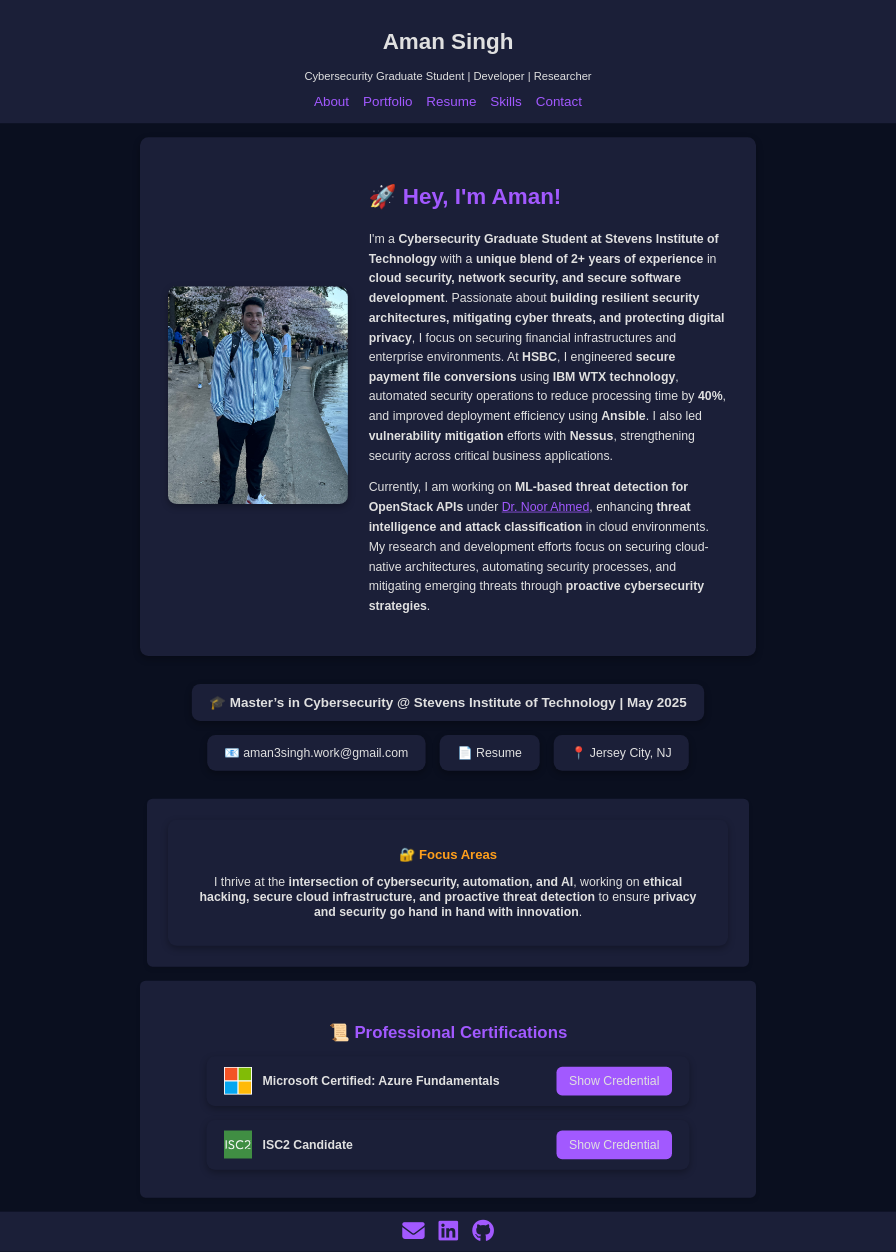
Repository: aman3singh/portfolio
Page: index.html
These files come from the project's save history. The page is drawn as it stood at one moment and after the next save; the edit follows.
The browser window is 1280 px wide. The pictures show the whole page, at 70% of full size.

Above is the page before, as saved 2025-02-11 23:24:39.

### index.html
<!DOCTYPE html>
<html lang="en">
<head>
    <meta charset="UTF-8">
    <meta name="viewport" content="width=device-width, initial-scale=1.0">
    <title>Aman Singh | Cybersecurity Portfolio</title>
    <link rel="stylesheet" href="styles.css">
    <link rel="stylesheet" href="https://cdnjs.cloudflare.com/ajax/libs/font-awesome/6.4.2/css/all.min.css">
</head>
<body>
    <header>
        <h1>Aman Singh</h1>
        <p>Cybersecurity Graduate Student | Developer | Researcher</p>
        <nav>
            <a href="#about">About</a>
            <a href="portfolio.html">Portfolio</a>
            <a href="resume.html">Resume</a>
            <a href="#skills">Skills</a>
            <a href="#contact">Contact</a>
        </nav>
    </header>

    <section id="about" style="display: flex; align-items: center; gap: 30px; padding: 40px;">
        <div style="flex: 1; text-align: center;">
            <img src="Aman.jpg" alt="Aman Singh" style="width: 100%; max-width: 400px; border-radius: 12px; box-shadow: 0px 4px 10px rgba(0, 0, 0, 0.3);">
        </div>
        <div style="flex: 2;">
            <h2 style="color: #A259FF;">🚀 Hey, I'm Aman!</h2>
            <p>
                I'm a <b>Cybersecurity Graduate Student at Stevens Institute of Technology</b> with a <b>unique blend of 2+ years of experience</b> in <b>cloud security, network security, and secure software development</b>. Passionate about <b>building resilient security architectures, mitigating cyber threats, and protecting digital privacy</b>, I focus on securing financial infrastructures and enterprise environments. At <b>HSBC</b>, I engineered <b>secure payment file conversions</b> using <b>IBM WTX technology</b>, automated security operations to reduce processing time by <b>40%</b>, and improved deployment efficiency using <b>Ansible</b>. I also led <b>vulnerability mitigation</b> efforts with <b>Nessus</b>, strengthening security across critical business applications.
            </p>
            <p>
                Currently, I am working on <b>ML-based threat detection for OpenStack APIs</b> under <a href="https://scholar.google.com/citations?user=zchOfB4AAAAJ&hl=en" target="_blank" style="color: #A259FF;">Dr. Noor Ahmed</a>, enhancing <b>threat intelligence and attack classification</b> in cloud environments. My research and development efforts focus on securing cloud-native architectures, automating security processes, and mitigating emerging threats through <b>proactive cybersecurity strategies</b>.
            </p>
        </div>
    </section>

    <div style="display: flex; flex-direction: column; align-items: center; text-align: center; gap: 20px; padding: 20px;">
        <div style="background-color: #1B1F38; padding: 15px 25px; border-radius: 12px; font-size: 1.2em; box-shadow: 0px 4px 10px rgba(0, 0, 0, 0.3);">
            🎓 <b>Master’s in Cybersecurity @ Stevens Institute of Technology | May 2025</b>
        </div>
        <div style="display: flex; gap: 20px;">
            <div style="background-color: #1B1F38; padding: 15px 25px; border-radius: 12px; font-size: 1.1em; box-shadow: 0px 4px 10px rgba(0, 0, 0, 0.3);">
                📧 <a href="mailto:aman3singh.work@gmail.com" style="color: #E0E0E0; text-decoration: none;">aman3singh.work@gmail.com</a>
            </div>
            <div style="background-color: #1B1F38; padding: 15px 25px; border-radius: 12px; font-size: 1.1em; box-shadow: 0px 4px 10px rgba(0, 0, 0, 0.3);">
                📄 <a href="resume.html" style="color: #E0E0E0; text-decoration: none;">Resume</a>
            </div>
            <div style="background-color: #1B1F38; padding: 15px 25px; border-radius: 12px; font-size: 1.1em; box-shadow: 0px 4px 10px rgba(0, 0, 0, 0.3);">
                📍 Jersey City, NJ
            </div>
        </div>
    </div>

    <section id="focus-areas" style="padding: 30px; display: flex; justify-content: center;">
        <div style="background-color: #1B1F38; padding: 20px 30px; border-radius: 12px; max-width: 800px; text-align: center; box-shadow: 0px 4px 10px rgba(0, 0, 0, 0.3);">
            <h3 style="color: #FF9F1C;">🔐 Focus Areas</h3>
            <p style="color: #E0E0E0; font-size: 1.1em;">
                I thrive at the <b>intersection of cybersecurity, automation, and AI</b>, working on <b>ethical hacking, secure cloud infrastructure, and proactive threat detection</b> to ensure <b>privacy and security go hand in hand with innovation</b>.
            </p>
        </div>
    </section>

    <section id="certifications" style="padding: 40px; text-align: center;">
        <h2 style="color: #A259FF;">📜 Professional Certifications</h2>
        <div style="display: flex; flex-direction: column; align-items: center; gap: 20px;">
            <div style="background-color: #1B1F38; padding: 15px 25px; border-radius: 12px; font-size: 1.1em; width: 80%; display: flex; align-items: center; justify-content: space-between; box-shadow: 0px 4px 10px rgba(0, 0, 0, 0.3);">
                <div style="display: flex; align-items: center; gap: 15px;">
                    <img src="microsoft_logo.svg" alt="Microsoft Logo" style="height: 40px;">
                    <b>Microsoft Certified: Azure Fundamentals</b>
                </div>
                <a href="https://learn.microsoft.com/en-us/users/amansingh-1923/credentials/2ef5697650f7d138?ref=https%3A%2F%2Fwww.linkedin.com%2F" target="_blank" class="credential-button">Show Credential</a>
            </div>
            <div style="background-color: #1B1F38; padding: 15px 25px; border-radius: 12px; font-size: 1.1em; width: 80%; display: flex; align-items: center; justify-content: space-between; box-shadow: 0px 4px 10px rgba(0, 0, 0, 0.3);">
                <div style="display: flex; align-items: center; gap: 15px;">
                    <img src="isc2_logo.jpg" alt="ISC2 Logo" style="height: 40px;">
                    <b>ISC2 Candidate</b>
                </div>
                <a href="https://www.credly.com/badges/34d270c8-7299-4ed3-a625-0a13da7394b7/linked_in_profile" target="_blank" class="credential-button">Show Credential</a>
            </div>
        </div>
    </section>

    <footer>
            <div class="social-links" style="display: flex; gap: 20px; font-size: 2rem;">
                <a href="mailto:aman3singh.work@gmail.com" target="_blank">
                    <i class="fa-solid fa-envelope"></i>
                </a>
                <a href="https://www.linkedin.com/in/aman-singh7/" target="_blank">
                    <i class="fa-brands fa-linkedin"></i>
                </a>
                <a href="https://github.com/aman3singh" target="_blank">
                    <i class="fa-brands fa-github"></i>
                </a>
            </div>
    </footer>
</body>
</html>

### styles.css
body {
    font-family: 'Arial', sans-serif;
    margin: 0;
    padding: 0;
    background-color: #0A0F1F;
    color: #E0E0E0;
}

header {
    background-color: #1B1F38;
    color: 	#E0E0E0;
    text-align: center;
    padding: 20px;
}

nav {
    display: flex;
    justify-content: center;
    gap: 20px;
}

nav a {
    color: #A259FF;
    text-decoration: none;
    font-size: 1.2em;
    transition: color 0.3s;
}

nav a:hover {
    color: #00E5FF;
}

section {
    padding: 20px;
    margin: 20px auto;
    max-width: 800px;
    background: #1B1F38;
    box-shadow: 0px 4px 6px rgba(0, 0, 0, 0.1);
    border-radius: 8px;
}

h2 {
    color: #A259FF;
}
#about {
    display: flex;
    align-items: center;
    gap: 30px;
    padding: 40px;
    background-color: #1B1F38;
    border-radius: 12px;
    box-shadow: 0px 4px 10px rgba(0, 0, 0, 0.3);
}

#about img {
    width: 100%;
    max-width: 300px;
    border-radius: 12px;
    box-shadow: 0px 4px 10px rgba(0, 0, 0, 0.3);
}

#about h2 {
    color: #A259FF;
    font-size: 2em;
}

#about p {
    color: #E0E0E0;
    font-size: 1.1em;
    line-height: 1.6;
}
#resume-container {
    display: flex;
    justify-content: center;
    align-items: center;
    min-height: 100vh;
    background-color: #0A0F1F; /* Match with your theme */
    padding-bottom: 0; /* Ensures no extra padding */
    overflow: hidden; /* Prevents extra scrolling */
}

#resume-container iframe {
    width: 80%;
    height: 100vh; /* Make it take full viewport height */
    border: none;
    background-color: transparent;
}

.project {
    border-left: 4px solid #A259FF;
    padding-left: 10px;
    margin-bottom: 15px;
}

.social-links {
    display: flex;
    justify-content: center;
    gap: 15px;
    font-size: 2rem;
}

.social-links a {
    color: #A259FF;
    transition: color 0.3s;
}

.social-links a:hover {
    color: #00E5FF;
}
.credential-button {
    color: #E0E0E0;
    text-decoration: none;
    background-color: #A259FF;
    padding: 10px 18px;
    border-radius: 8px;
    font-size: 1em;
    transition: background-color 0.3s ease-in-out;
    display: flex;
    align-items: center;
    justify-content: center;
}

.credential-button:hover {
    background-color: #00E5FF;
}

footer {
    text-align: center;
    padding: 10px;
    background-color: #1B1F38;
    color: #E0E0E0;
}

After the next save:
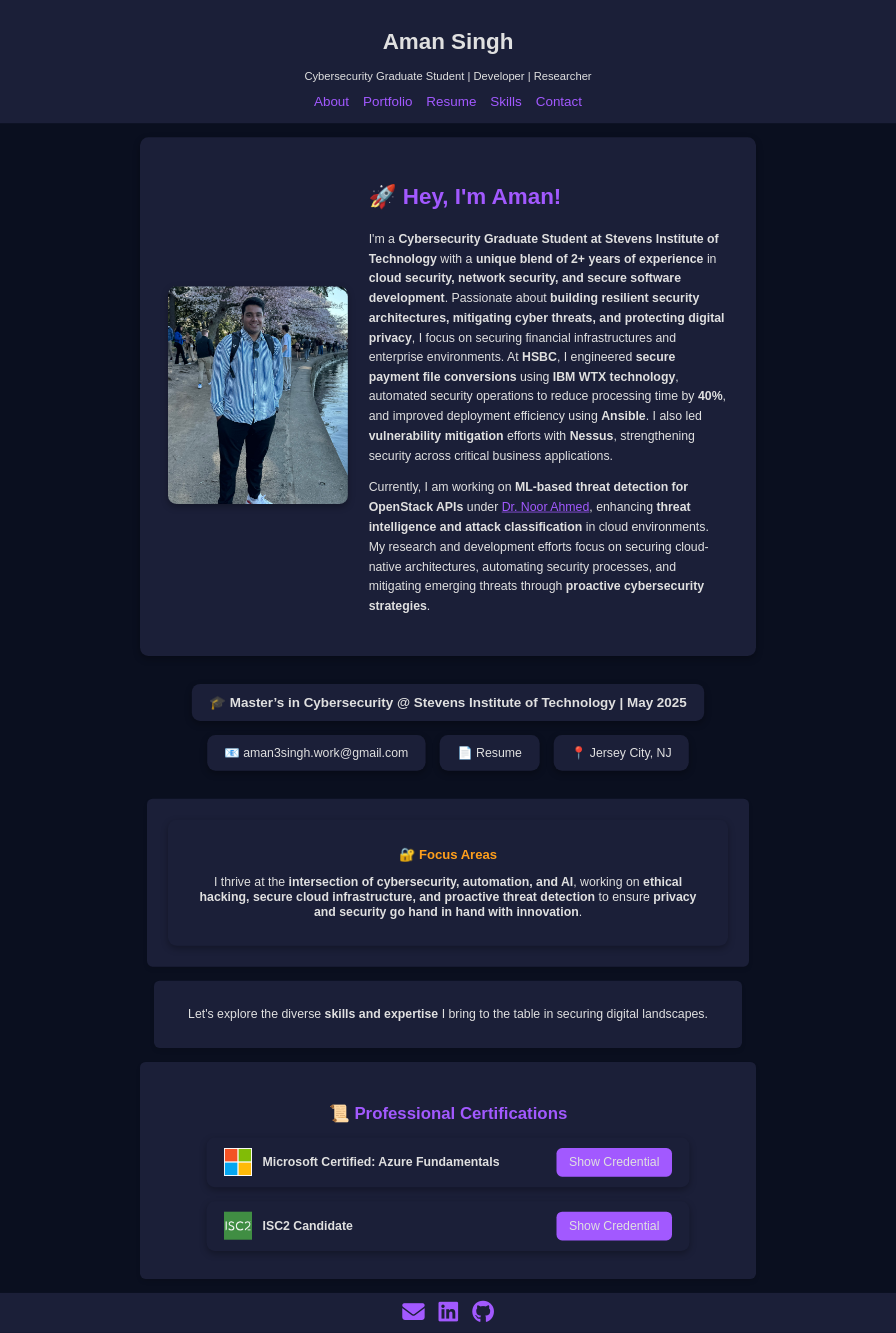
Saved 28 s later.
--- a/index.html
+++ b/index.html
@@ -61,6 +61,12 @@
         </div>
     </section>
 
+    <section id="skills-intro" style="padding: 20px; text-align: center;">
+        <p style="font-size: 1.1em; color: #E0E0E0;">
+            Let's explore the diverse <b>skills and expertise</b> I bring to the table in securing digital landscapes.
+        </p>
+    </section>
+
     <section id="certifications" style="padding: 40px; text-align: center;">
         <h2 style="color: #A259FF;">📜 Professional Certifications</h2>
         <div style="display: flex; flex-direction: column; align-items: center; gap: 20px;">
